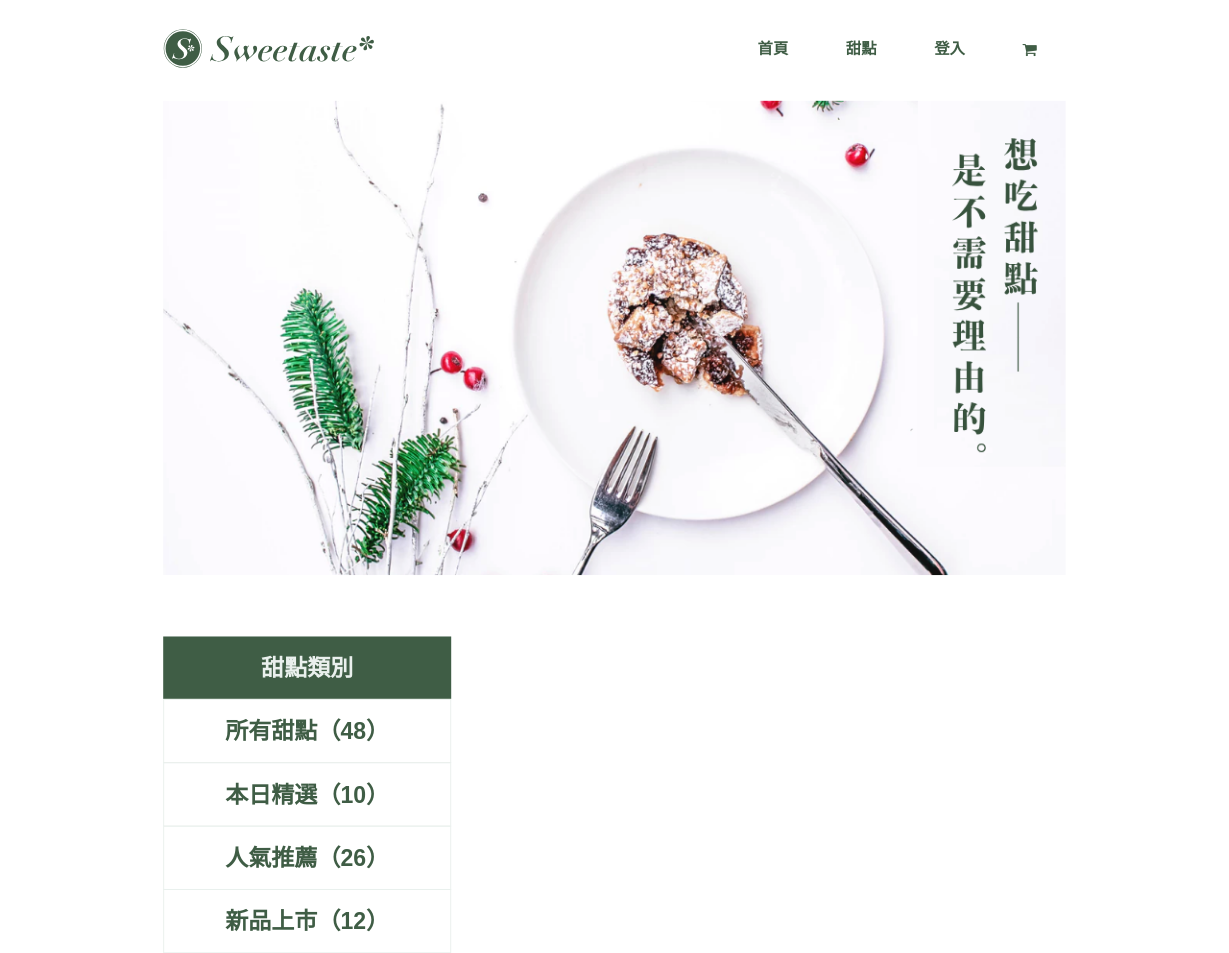
Repository: michelle61219/Sweets
Page: index.html
The author's editor kept a copy of each file at every save. The page is drawn from the files as they stood at one save, then again after the next save.
The browser window is 1280 px wide. The pictures show the whole page, at 96% of full size.
The pointer rests on the first visible `.aside a`.

Above is the page before, as saved 2021-06-13 00:33:58.

After the next save:
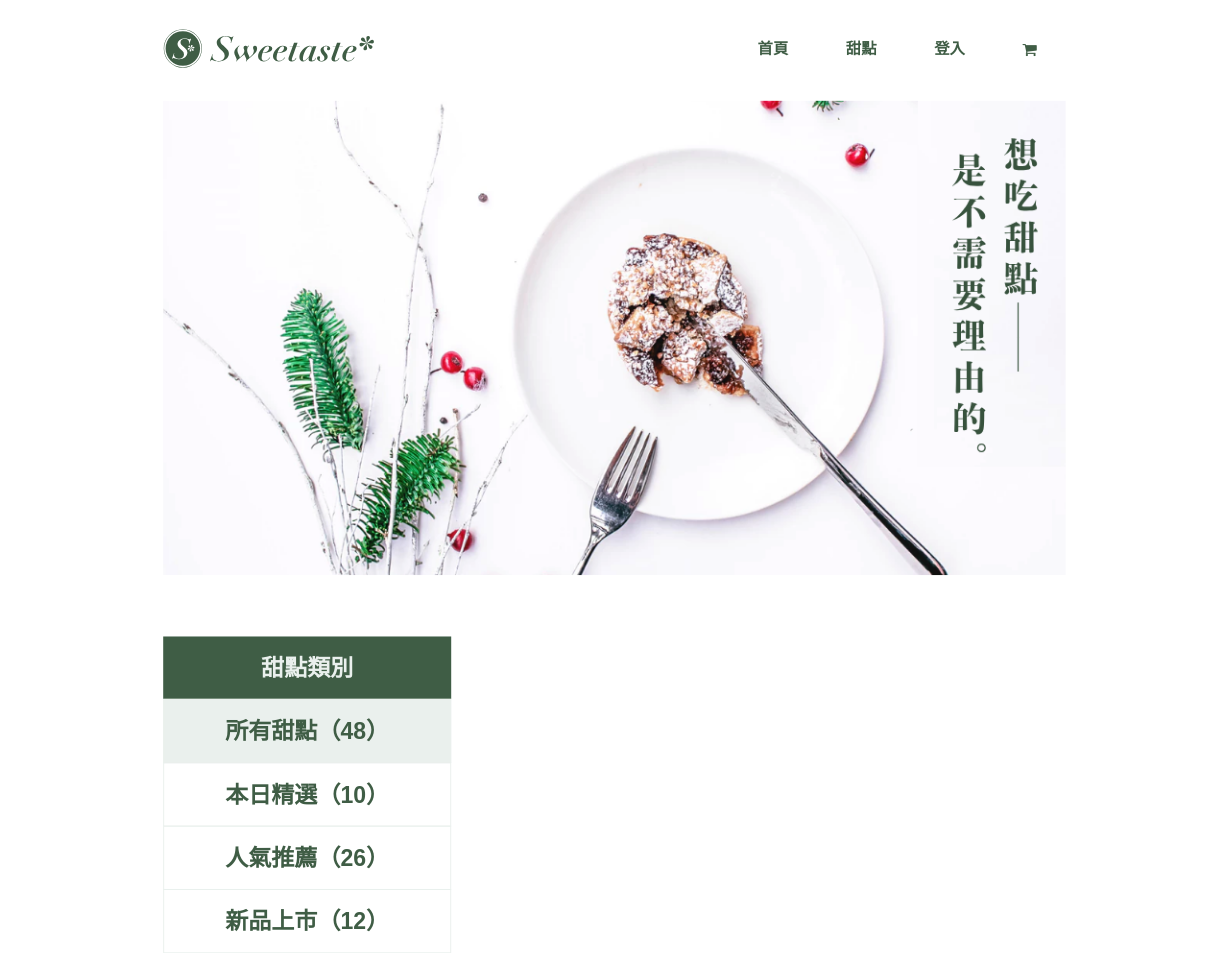
Saved 86 s later.
--- a/style.css
+++ b/style.css
@@ -206,3 +206,7 @@ a {
 	line-height: 65px;
 	border: 1px solid #eaf0ed;
 }
+
+.aside a:hover {
+	background: #eaf0ed;
+}
